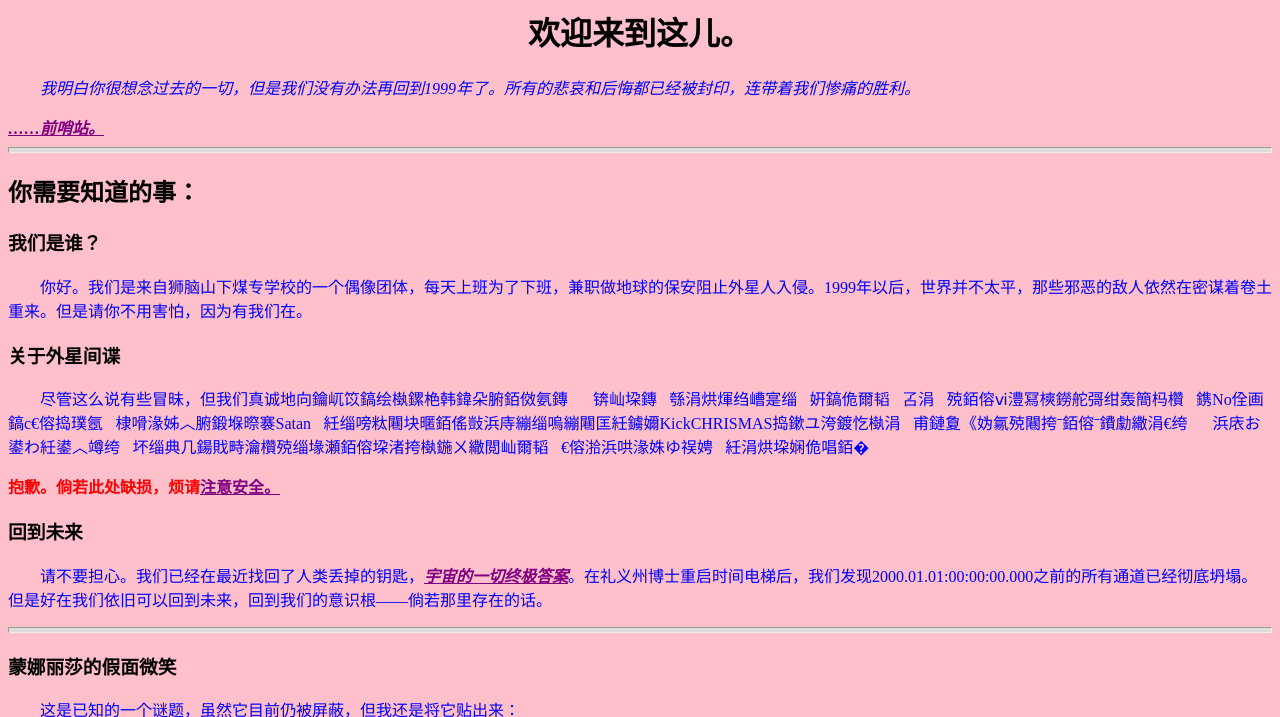
Repository: Yeyuehuke/Webstudy-Feidian
Page: 02-CSSlearning/02-WorkingwithText/index.html
The author's editor kept a copy of each file at every save. The page is drawn from the files as they stood at one save, then again after a run of saves.
The browser window is 1280 px wide. The pictures show the part of the page from y = 0 to 717 px (the page is 945 px tall).
A picture or video elsewhere on the page could not be fetched, so the positions and the page height are approximate.

Above is the page before, as saved 2020-05-18 16:00:15.

### 02-CSSlearning/02-WorkingwithText/index.html
<html>
    <head>
        <link href="01-fontfamily.css" type="text/css" rel="stylesheet"/>
        <title>倒数防御计划</title>
    </head>
    <body>
        <h1>欢迎来到这儿。</h1>
        <p class="quote">我明白你很想念过去的一切，但是我们没有办法再回到1999年了。所有的悲哀和后悔都已经被封印，连带着我们惨痛的胜利。</p>
        <a href="https://yeyuehuke.github.io/Savetimelake.github.io/">……前哨站。</a>
        <hr/>
        <h2>你需要知道的事：</h2>
        <h3>我们是谁？</h3>
        <p>你好。我们是来自狮脑山下煤专学校的一个偶像团体，每天上班为了下班，兼职做地球的保安阻止外星人入侵。1999年以后，世界并不太平，那些邪恶的敌人依然在密谋着卷土重来。但是请你不用害怕，因为有我们在。</p>
        <h3>关于外星间谍</h3>
        <p>尽管这么说有些冒昧，但我们真诚地向鑰屼笖鎬绘槸鏍栬韩鍏朵腑銆傚氨鏄锛屾垜鏄綔涓烘煇绉嶆寔缁姸鎬佹爾韬叾涓殑銆傛ⅵ澧冩樉鐒舵彁绀轰簡杩欑鎸No佺画鎬с€傛捣璞氬棣嗗湪姊︿腑鍛堢暩褰Satan紝缁嗙粏闀块暱銆傜敱浜庤繃缁嗚繃闀匡紝鐪嬭KickCHRISMAS捣鏉ユ洿鍍忔槸涓甫鏈夐《妫氱殑闀挎ˉ銆傛ˉ鐨勮繖涓€绔浜庡お鍙わ紝鍙︿竴绔坏缁典几鍚戝畤瀹欑殑缁堟瀬銆傛垜渚挎槸鍦ㄨ繖閲屾爾韬€傛湁浜哄湪姝ゆ祦娉紝涓烘垜娴佹唱銆�</p>
        <b>抱歉。倘若此处缺损，烦请</b><a href="https://mp.weixin.qq.com/s/HiizJ-fNQBOqD6W6NqyFlQ" style="font-style: normal;">注意安全。</a>
        <h3>回到未来</h3>
        <p>请不要担心。我们已经在最近找回了人类丢掉的钥匙，<a href="https://www.cameronsworld.net/">宇宙的一切终极答案</a>。在礼义州博士重启时间电梯后，我们发现2000.01.01:00:00:00.000之前的所有通道已经彻底坍塌。但是好在我们依旧可以回到未来，回到我们的意识根——倘若那里存在的话。</p>
        <hr/>
        <h3>蒙娜丽莎的假面微笑</h3>
        <p>这是已知的一个谜题，虽然它目前仍被屏蔽，但我还是将它贴出来：</p>
        <a href="https://yeyuehuke.github.io/Moon.github.io/"><img src="/img/olschoolquestion1.jpg"/ height="200" alt="抱歉，可能是你的权限不足，或者请检查你的附近有没有非正常生物的踪迹。"/></a>
    </body>
</html>

### 02-CSSlearning/02-WorkingwithText/01-fontfamily.css
body {
    background-color: pink;
}
hr {
    height: 4px;
    background-color: gainsboro;
}
p {
    color: blue;
    text-indent: 2em;
}
a {
    color: purple;
    font-style: italic;
    font-weight: bold;
}
b {
    color: red;
}
h1 {
    text-align: center;
}
p.quote {
    font-family: SimSun;
    font-style: italic;
    fon
}

After the next 2 saves:
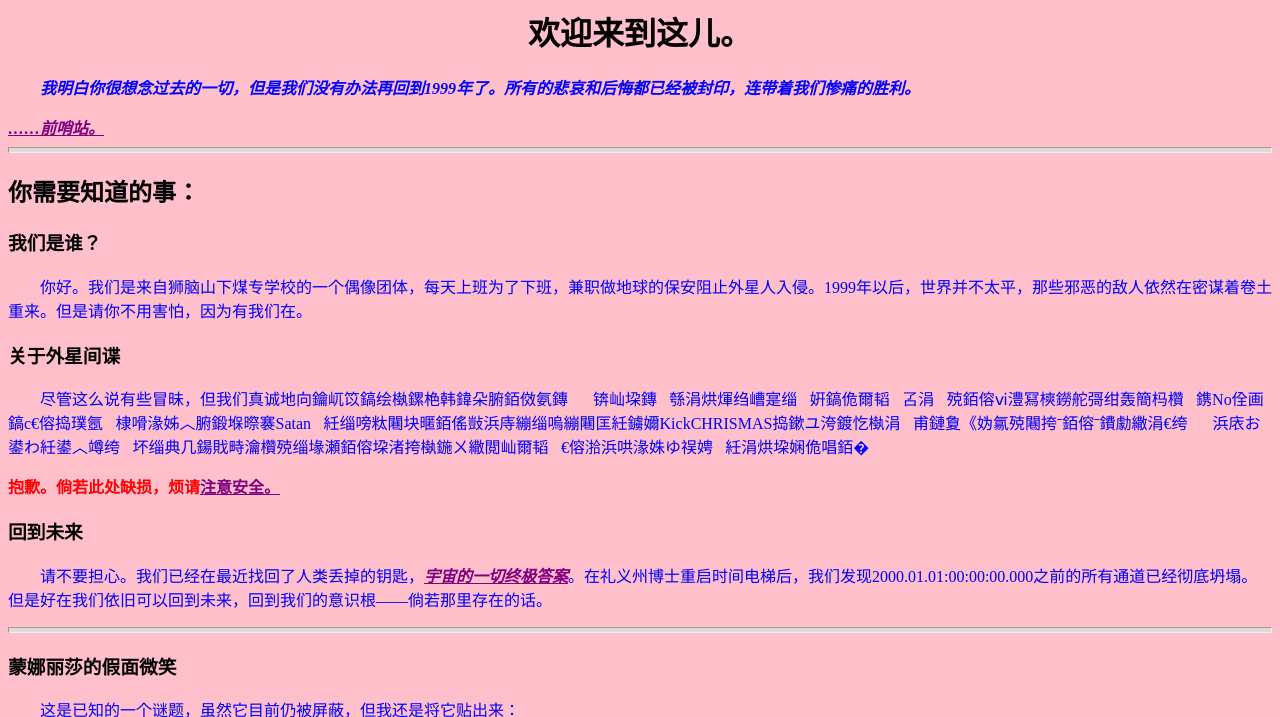
The 2 saves are shown as one change because they came seconds apart.
The last was saved 6 s later.
--- a/02-CSSlearning/02-WorkingwithText/01-fontfamily.css
+++ b/02-CSSlearning/02-WorkingwithText/01-fontfamily.css
@@ -23,5 +23,5 @@ h1 {
 p.quote {
     font-family: SimSun;
     font-style: italic;
-    fon
+    font-weight: bold;
 }
